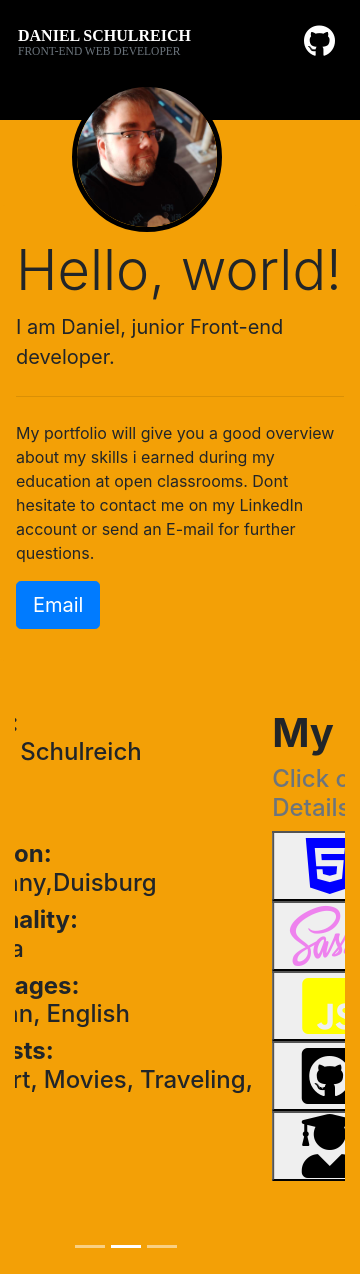
Repository: schulreich/my_portfolio
Page: index.html
The author's editor kept a copy of each file at every save. The page is drawn from the files as they stood at one save, then again after the next save.
The browser window is 360 px wide. The pictures show the whole page.
Some web fonts or font styles are not loaded; a fallback is used. Some web libraries are served in a nearby version.

Above is the page before, as saved 2020-06-21 22:19:31.

After the next save:
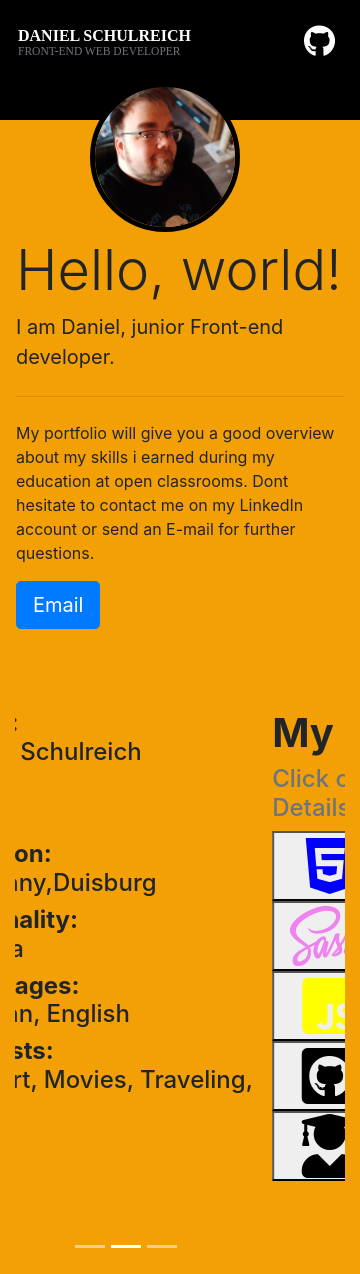
Saved 19 s later.
--- a/css/main.css
+++ b/css/main.css
@@ -18,7 +18,7 @@
 @media screen and (max-width: 360px){
   @keyframes mymove{
       0%   {left: 0%;}
-      100% {left: 20%;}
+      100% {left: 25%;}
   }
 }
 
